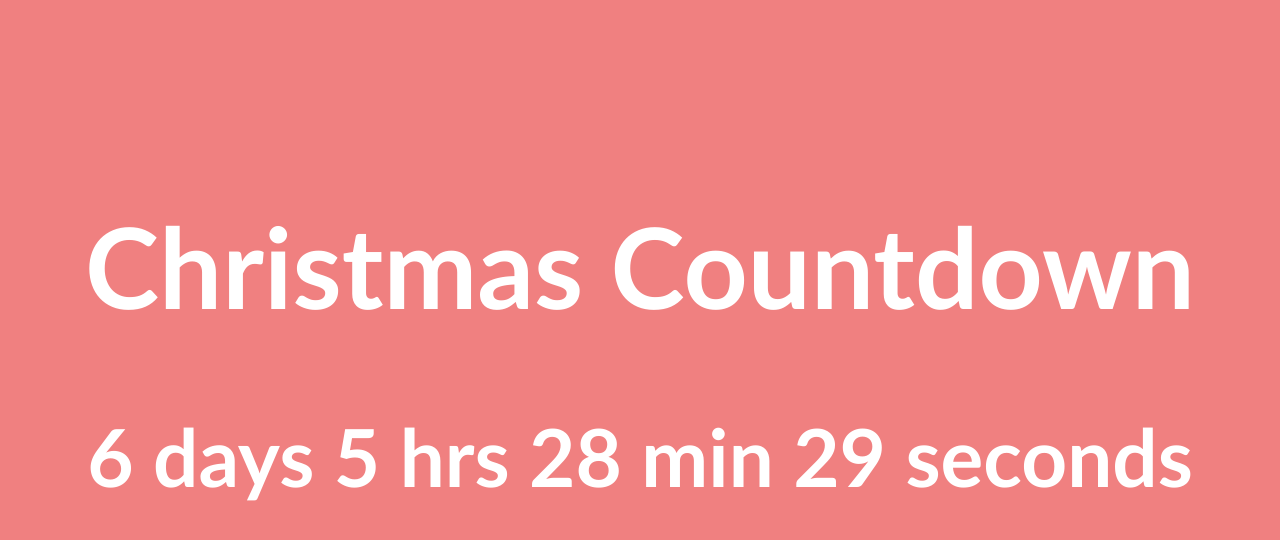
Repository: notMaximilian/countdown-timer
Page: index.html
An editor plug-in stored every save of this project. The page is shown before and after the next save, followed by the edit.
The browser window is 1280 px wide. The pictures show the whole page.

Above is the page before, as saved 2021-12-18 19:00:12.

### index.html
<html lang="en">
    <head>
        <meta charset="utf-8"/>
        <title>Christmas Countdown</title>
        <link rel="stylesheet" href="styles.css"/>
    </head>
    <body>
        <h1 id="main-text">Christmas Countdown</h1>
        <h1 id="time-left"></h1>
        <script src="app.js"></script>
    </body>
</html>

### styles.css
body{
    background-color: lightcoral;
    text-align: center;
    color:#ffffff;

    font-family: 'Trebuchet MS', 'Lucida Sans Unicode', 'Lucida Grande', 'Lucida Sans', Arial, sans-serif;
}

#main-text{
    font-size: 700%;
    padding-top: 15%;
}

#time-left{
    font-size:  500%;
}

### app.js
const timeLeft = document.getElementById('time-left')
let timerId;
//Units of time
const second = 1000
const minute = second * 60
const hour = minute * 60
const day = hour * 24

const christmas = new Date('12/25/2021')

function countdown(){
    const today = new Date();
    const timeSpan = christmas - today;

    if(timeSpan <= -day){
        timeLeft.innerHTML("I hope you had a Merry Christmas!!!")
        clearInterval(timerId)
        return
    }

    if (timeSpan <= 0){
        timeLeft.innerHTML("Merry Christmas!!!")
        clearInterval(timerId)
        return
    }

    const days = Math.floor(timeSpan / day)
    const hours = Math.floor((timeSpan % day) / hour)
    const minutes = Math.floor((timeSpan % hour) / minute)
    const seconds = Math.floor((timeSpan % minute) / second)

    timeLeft.innerHTML = days + " days " + hours + " hrs " + minutes + " min " + seconds + " seconds"

}

timerId = setInterval(countdown, second)

After the next save:
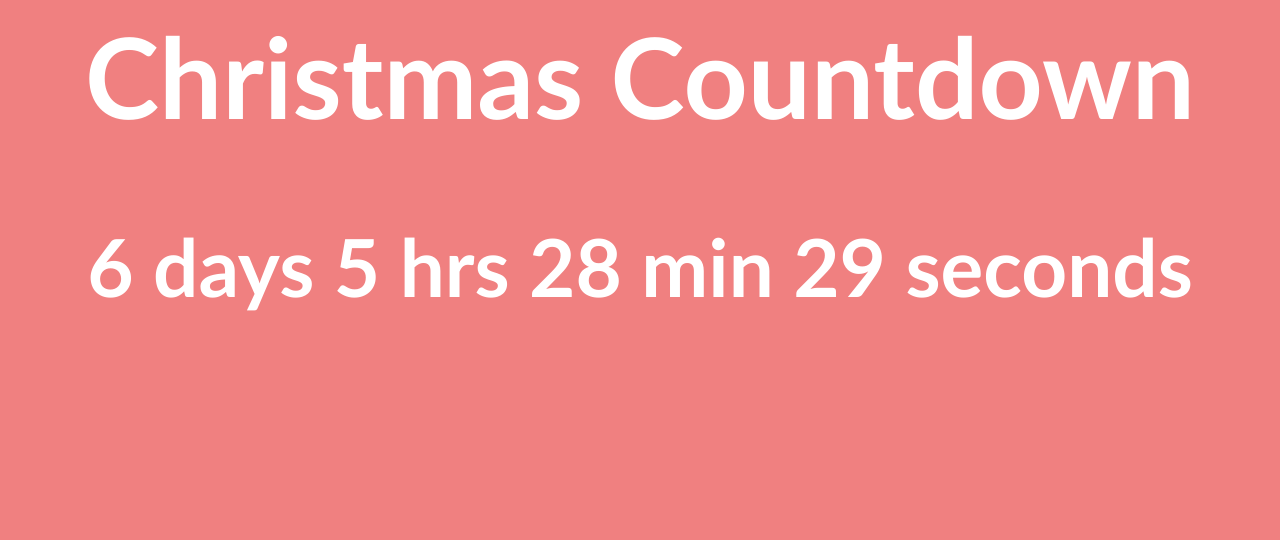
Saved 10 s later.
--- a/styles.css
+++ b/styles.css
@@ -8,7 +8,7 @@ body{
 
 #main-text{
     font-size: 700%;
-    padding-top: 15%;
+
 }
 
 #time-left{
